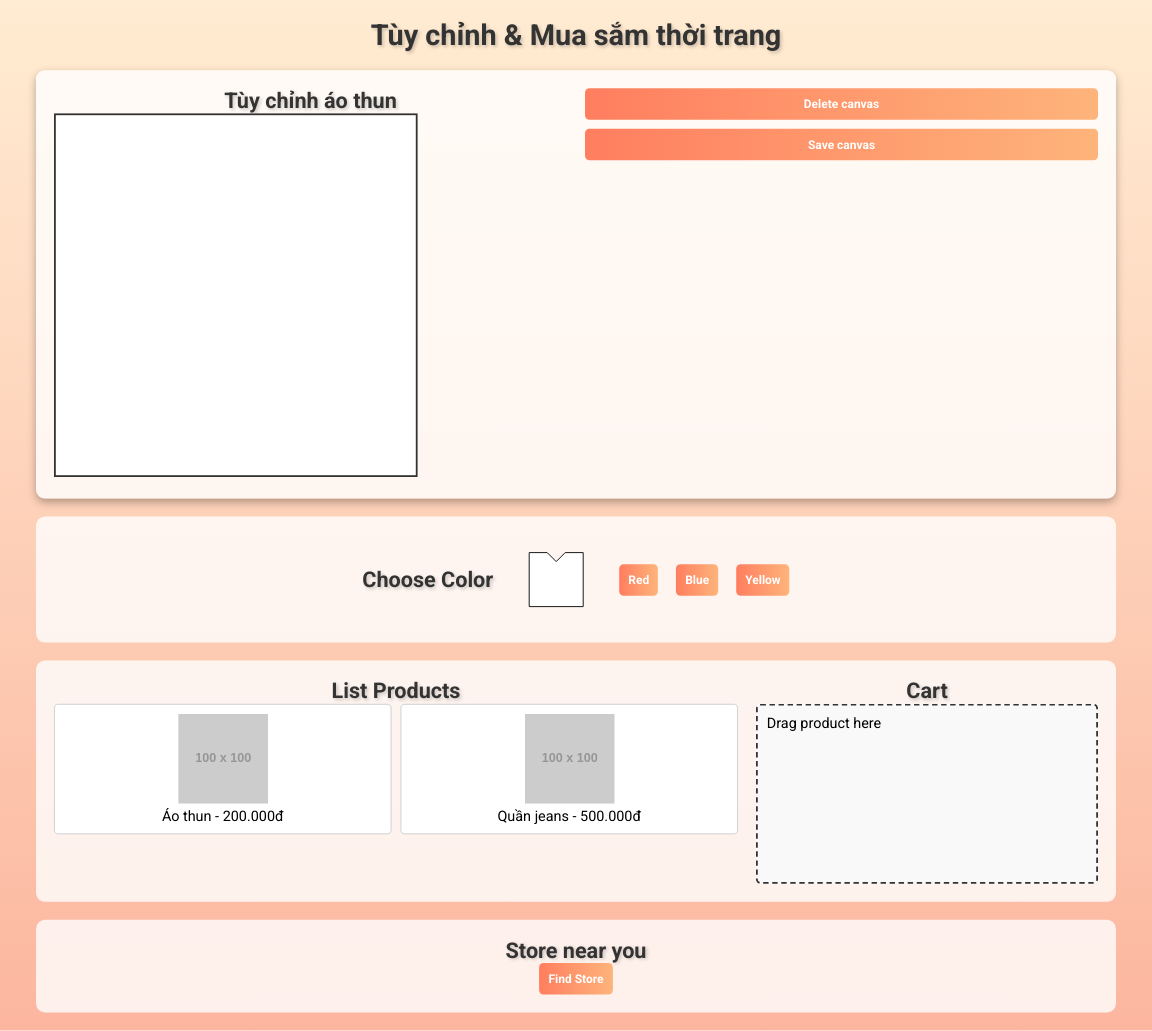
Repository: binhphanbp/evara-ecommerce
Page: custome-shop.html
An editor plug-in stored every save of this project. The page is shown before and after the next save, followed by the edit.
The browser window is 1280 px wide. The pictures show the whole page, at 90% of full size.

Above is the page before, as saved 2025-06-17 07:40:32.

### custome-shop.html
<!DOCTYPE html>
<html lang="vi">
  <head>
    <meta charset="UTF-8" />
    <meta name="viewport" content="width=device-width, initial-scale=1.0" />
    <title>Tùy chỉnh & Mua sắm</title>
    <link
      href="https://fonts.googleapis.com/css2?family=Roboto:wght@400;700&display=swap"
      rel="stylesheet"
    />
    <style>
      * {
        margin: 0;
        padding: 0;
        box-sizing: border-box;
        font-family: 'Roboto', sans-serif;
      }

      body {
        background: linear-gradient(to bottom, #ffecd2, #fcb69f);
        padding: 20px;
      }

      .container {
        display: flex;
        flex-direction: column;
        gap: 20px;
        max-width: 1200px;
        margin: 0 auto;
      }

      h1,
      h2 {
        text-align: center;
        color: #333;
        text-shadow: 2px 2px 4px rgba(0, 0, 0, 0.2);
      }

      /* Canvas Section */
      .canvas-section {
        display: grid;
        grid-template-columns: 1fr 1fr;
        gap: 20px;
        padding: 20px;
        background: rgba(255, 255, 255, 0.8);
        border-radius: 10px;
        box-shadow: 0 4px 10px rgba(0, 0, 0, 0.3);
      }

      #designCanvas {
        border: 2px solid #333;
        background: #fff;
      }

      .canvas-controls {
        display: flex;
        flex-direction: column;
        gap: 10px;
      }

      button {
        padding: 10px;
        background: linear-gradient(to right, #ff7e5f, #feb47b);
        border: none;
        border-radius: 5px;
        color: white;
        font-weight: bold;
        cursor: pointer;
        transition: transform 0.3s ease, box-shadow 0.3s ease;
      }

      button:hover {
        transform: scale(1.05);
        box-shadow: 0 6px 12px rgba(0, 0, 0, 0.2);
      }

      /* SVG Section */
      .svg-section {
        display: flex;
        justify-content: center;
        align-items: center;
        gap: 20px;
        padding: 20px;
        background: rgba(255, 255, 255, 0.8);
        border-radius: 10px;
      }

      /* Drag and Drop Section */
      .drag-drop-section {
        display: grid;
        grid-template-columns: 2fr 1fr;
        gap: 20px;
        padding: 20px;
        background: rgba(255, 255, 255, 0.8);
        border-radius: 10px;
      }

      .products {
        display: grid;
        grid-template-columns: repeat(auto-fit, minmax(150px, 1fr));
        gap: 10px;
      }

      .product {
        padding: 10px;
        background: #fff;
        border: 1px solid #ccc;
        border-radius: 5px;
        text-align: center;
        cursor: move;
        transition: transform 0.2s ease;
      }

      .product:hover {
        transform: scale(1.1);
      }

      #cart {
        border: 2px dashed #333;
        min-height: 200px;
        padding: 10px;
        background: #f9f9f9;
        border-radius: 5px;
      }

      .cart-item {
        animation: slideIn 0.5s ease;
      }

      @keyframes slideIn {
        from {
          transform: translateY(-20px);
          opacity: 0;
        }
        to {
          transform: translateY(0);
          opacity: 1;
        }
      }

      .geo-section {
        text-align: center;
        padding: 20px;
        background: rgba(255, 255, 255, 0.8);
        border-radius: 10px;
      }

      @media (max-width: 768px) {
        .canvas-section {
          grid-template-columns: 1fr;
        }

        .drag-drop-section {
          grid-template-columns: 1fr;
        }

        #designCanvas {
          width: 100%;
          height: 200px;
        }
      }
    </style>
  </head>
  <body>
    <div class="container">
      <h1>Tùy chỉnh & Mua sắm thời trang</h1>

      <!-- Canvas Section -->
      <section class="canvas-section">
        <div>
          <h2>Tùy chỉnh áo thun</h2>
          <canvas id="designCanvas" width="400" height="400"></canvas>
        </div>
        <div class="canvas-controls">
          <button onclick="clearCanvas()">Delete canvas</button>
          <button onclick="saveDesign()">Save canvas</button>
        </div>
      </section>

      <!-- SVG Section -->
      <section class="svg-section">
        <h2>Choose Color</h2>
        <svg id="tshirt" width="100" height="100">
          <path
            d="M20,20 L40,20 L50,30 L60,20 L80,20 L80,80 L20,80 Z"
            fill="white"
            stroke="black"
          />
        </svg>
        <button onclick="changeColor('red')">Red</button>
        <button onclick="changeColor('blue')">Blue</button>
        <button onclick="changeColor('yellow')">Yellow</button>
      </section>

      <!-- Drag and Drop Section -->
      <section class="drag-drop-section">
        <div>
          <h2>List Products</h2>
          <div class="products">
            <div
              class="product"
              draggable="true"
              data-id="1"
              data-name="Áo thun"
              data-price="200000"
            >
              <img src="https://via.placeholder.com/100" alt="Áo thun" />
              <p>Áo thun - 200.000đ</p>
            </div>
            <div
              class="product"
              draggable="true"
              data-id="2"
              data-name="Quần jeans"
              data-price="500000"
            >
              <img src="https://via.placeholder.com/100" alt="Quần jeans" />
              <p>Quần jeans - 500.000đ</p>
            </div>
          </div>
        </div>
        <div>
          <h2>Cart</h2>
          <div id="cart" ondrop="drop(event)" ondragover="allowDrop(event)">
            <p>Drag product here</p>
          </div>
        </div>
      </section>

      <!-- Geo Location Section -->
      <section class="geo-section">
        <h2>Store near you</h2>
        <button onclick="getLocation()">Find Store</button>
        <p id="storeInfo"></p>
      </section>
    </div>

    <script>
      // Canvas
      const canvas = document.getElementById('designCanvas');
      const ctx = canvas.getContext('2d');
      let isDrawing = false;

      canvas.addEventListener('mousedown', () => {
        isDrawing = true;
        ctx.beginPath();
      });

      canvas.addEventListener('mousemove', (e) => {
        if (!isDrawing) return;
        ctx.lineTo(e.offsetX, e.offsetY);
        ctx.strokeStyle = 'black';
        ctx.lineWidth = 2;
        ctx.stroke();
      });

      canvas.addEventListener('mouseup', () => {
        isDrawing = false;
      });

      function clearCanvas() {
        ctx.clearRect(0, 0, canvas.width, canvas.height);
      }

      function saveDesign() {
        const design = canvas.toDataURL();
        localStorage.setItem('customDesign', design);
        alert('Thiết kế đã được lưu!');
      }

      window.onload = () => {
        const savedDesign = localStorage.getItem('customDesign');
        if (savedDesign) {
          const img = new Image();
          img.src = savedDesign;
          img.onload = () => ctx.drawImage(img, 0, 0);
        }
      };

      // SVG
      function changeColor(color) {
        const tshirt = document.getElementById('tshirt').querySelector('path');
        tshirt.setAttribute('fill', color);
      }

      // Drag and Drop
      function allowDrop(e) {
        e.preventDefault();
      }

      document.querySelectorAll('.product').forEach((product) => {
        product.addEventListener('dragstart', (e) => {
          e.dataTransfer.setData('id', e.target.dataset.id);
          e.dataTransfer.setData('name', e.target.dataset.name);
          e.dataTransfer.setData('price', e.target.dataset.price);
        });
      });

      function drop(e) {
        e.preventDefault();
        const id = e.dataTransfer.getData('id');
        const name = e.dataTransfer.getData('name');
        const price = e.dataTransfer.getData('price');

        let cart = JSON.parse(localStorage.getItem('cart') || '[]');
        cart.push({ id, name, price });
        localStorage.setItem('cart', JSON.stringify(cart));

        const cartDiv = document.getElementById('cart');
        cartDiv.innerHTML = '';
        cart.forEach((item) => {
          cartDiv.innerHTML += `<p class="cart-item">${item.name} - ${item.price}đ</p>`;
        });
      }

      // Geo Location
      function getLocation() {
        if (navigator.geolocation) {
          navigator.geolocation.getCurrentPosition(showStore, showError);
        } else {
          document.getElementById('storeInfo').innerText =
            'Trình duyệt không hỗ trợ Geo Location.';
        }
      }

      function showStore(position) {
        const lat = position.coords.latitude;
        const lon = position.coords.longitude;

        const stores = [
          { name: 'Cửa hàng Quận 1', lat: 10.7769, lon: 106.7009 },
          { name: 'Cửa hàng Quận 7', lat: 10.7299, lon: 106.7213 },
        ];

        let nearestStore = stores[0];
        let minDistance = Math.sqrt(
          (lat - stores[0].lat) ** 2 + (lon - stores[0].lon) ** 2
        );

        stores.forEach((store) => {
          const distance = Math.sqrt(
            (lat - store.lat) ** 2 + (lon - store.lon) ** 2
          );
          if (distance < minDistance) {
            minDistance = distance;
            nearestStore = store;
          }
        });

        document.getElementById(
          'storeInfo'
        ).innerText = `Cửa hàng gần nhất: ${nearestStore.name}`;
      }

      function showError(error) {
        document.getElementById('storeInfo').innerText =
          'Không thể lấy vị trí của bạn.';
      }
    </script>
  </body>
</html>

After the next save:
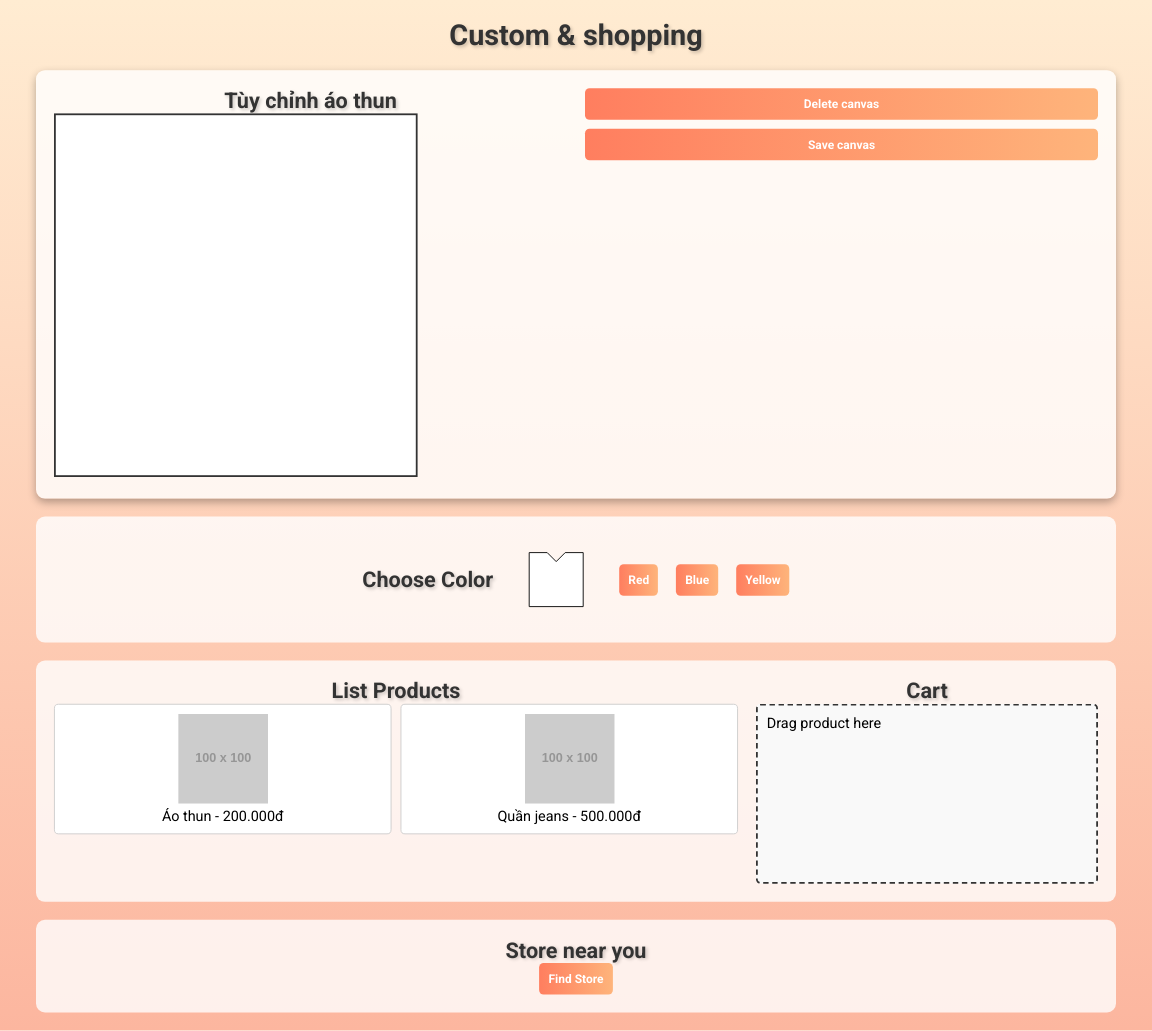
Saved 47 s later.
--- a/custome-shop.html
+++ b/custome-shop.html
@@ -163,7 +163,7 @@
   </head>
   <body>
     <div class="container">
-      <h1>Tùy chỉnh & Mua sắm thời trang</h1>
+      <h1>Custom & shopping</h1>
 
       <!-- Canvas Section -->
       <section class="canvas-section">
